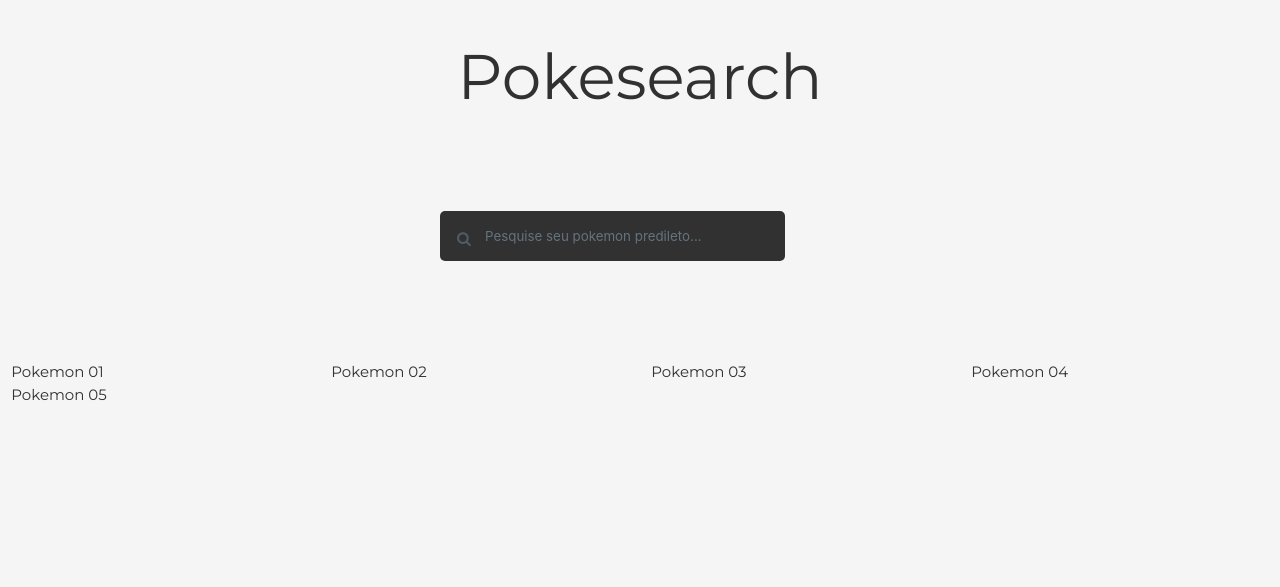
Repository: byjuliogomes/pokebyte
Page: index.html
The author's editor kept a copy of each file at every save. The page is drawn from the files as they stood at one save, then again after the next save.
The browser window is 1280 px wide. The pictures show the whole page.
Some web libraries are served in a nearby version.

Above is the page before, as saved 2020-06-04 11:08:42.

### index.html
<!DOCTYPE html>
<html lang="pt-br">
<head>
    <meta charset="UTF-8">
    <meta name="viewport" content="width=device-width, initial-scale=1.0">
    <title>Pokesearch</title>
    <link rel="stylesheet" href="app.css">
    <link href="https://fonts.googleapis.com/css2?family=Montserrat:wght@400;600;800;900&display=swap" rel="stylesheet">
    <link href="//maxcdn.bootstrapcdn.com/font-awesome/4.1.0/css/font-awesome.min.css" rel="stylesheet">
    <!-- Compiled and minified CSS -->
    <link rel="stylesheet" href="https://cdnjs.cloudflare.com/ajax/libs/materialize/1.0.0/css/materialize.min.css">

    <!-- Compiled and minified JavaScript -->
    <script src="https://cdnjs.cloudflare.com/ajax/libs/materialize/1.0.0/js/materialize.min.js"></script>
</head>
<body>
    <h1>Pokesearch</h1>
    <div class="box">
        <div class="container-1">
            <span class="icon"><i class="fa fa-search"></i></span>
            <input type="search" id="search" placeholder="Pesquise seu pokemon predileto..." />
        </div>
      </div>
    <section class="row">
        <div class="col s3">
            Pokemon 01
        </div>
        <div class="col s3">
            Pokemon 02
        </div>
        <div class="col s3">
            Pokemon 03
        </div>
        <div class="col s3">
            Pokemon 04
        </div>
        <div class="col s3">
            Pokemon 05
        </div>

    </section>

    <footer>

    </footer>
    <script src="app.js"></script>
</body>
</html>

### app.css
* {
    font-family: 'Montserrat', sans-serif;
}

body {
    background-color: #F5F5F5;
    color: #313131;
}

h1 {
    text-align: center;
}

.container {
    height: 200px;
    display: flex;
    flex-wrap: wrap;
    flex-flow: row wrap;
    justify-content: flex-start;
    align-content: stretch;
}

.item{
    background-color: #313131;
    color: #ffff;
    padding: 20px;
    margin: 5px;
    width: 250px;
    height: 280px;
    border-radius: 5px;
}

.box{
    margin: 100px auto;
    width: 400px;
    height: 50px;
  }

.container-1{
    width: 300px;
    vertical-align: middle;
    white-space: nowrap;
    position: relative;
}

.container-1 input#search{
    width: 300px;
    height: 50px;
    background: #313131;
    border: none;
    font-size: 10pt;
    float: left;
    color: #63717f;
    padding-left: 45px;
    -webkit-border-radius: 5px;
    -moz-border-radius: 5px;
    border-radius: 5px;
  }

  .container-1 input#search::-webkit-input-placeholder {
    color: #65737e;
 }

 .container-1 input#search:-moz-placeholder { /* Firefox 18- */
    color: #65737e;
 }

 .container-1 input#search::-moz-placeholder {  /* Firefox 19+ */
    color: #65737e;
 }

 .container-1 input#search:-ms-input-placeholder {
    color: #65737e;
 }

 .container-1 .icon{
    position: absolute;
    top: 50%;
    margin-left: 17px;
    margin-top: 17px;
    z-index: 1;
    color: #4f5b66;
  }

  .container-1 input#search:hover, .container-1 input#search:focus, .container-1 input#search:active{
    outline:none;
    background: #ffffff;
    border: 2px dotted #0054a6;
  }

### app.js
const fetchPokemon = () => {

};

After the next save:
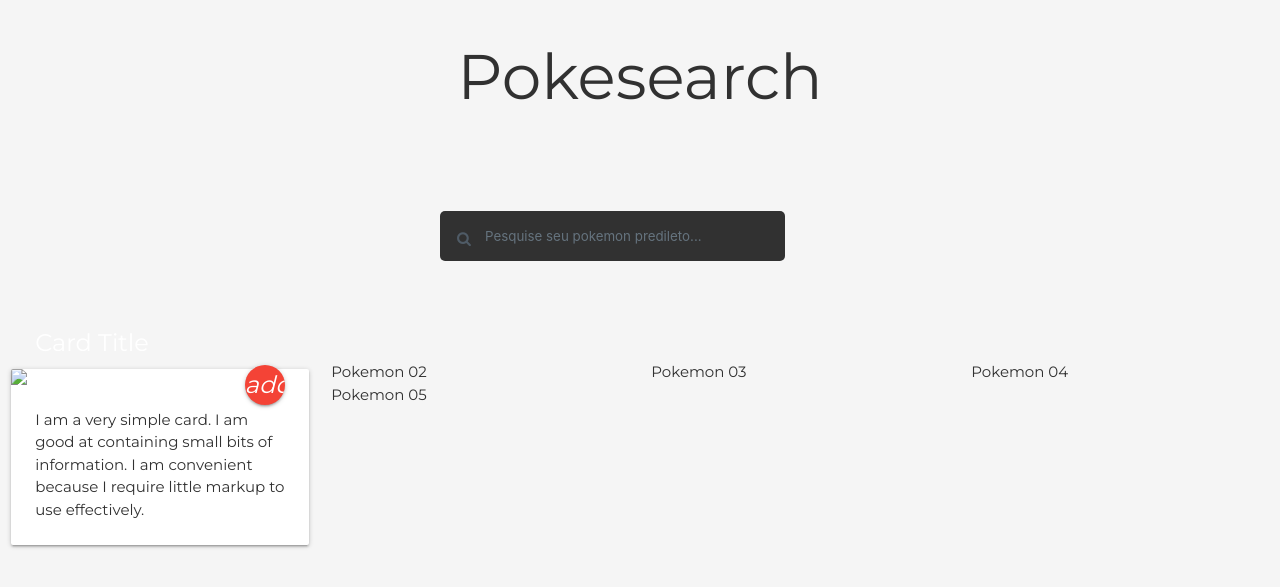
Not found: images/sample-1.jpg
Saved 37 s later.
--- a/index.html
+++ b/index.html
@@ -23,7 +23,16 @@
       </div>
     <section class="row">
         <div class="col s3">
-            Pokemon 01
+            <div class="card">
+                <div class="card-image">
+                  <img src="images/sample-1.jpg">
+                  <span class="card-title">Card Title</span>
+                  <a class="btn-floating halfway-fab waves-effect waves-light red"><i class="material-icons">add</i></a>
+                </div>
+                <div class="card-content">
+                  <p>I am a very simple card. I am good at containing small bits of information. I am convenient because I require little markup to use effectively.</p>
+                </div>
+              </div>
         </div>
         <div class="col s3">
             Pokemon 02

After the save that followed:
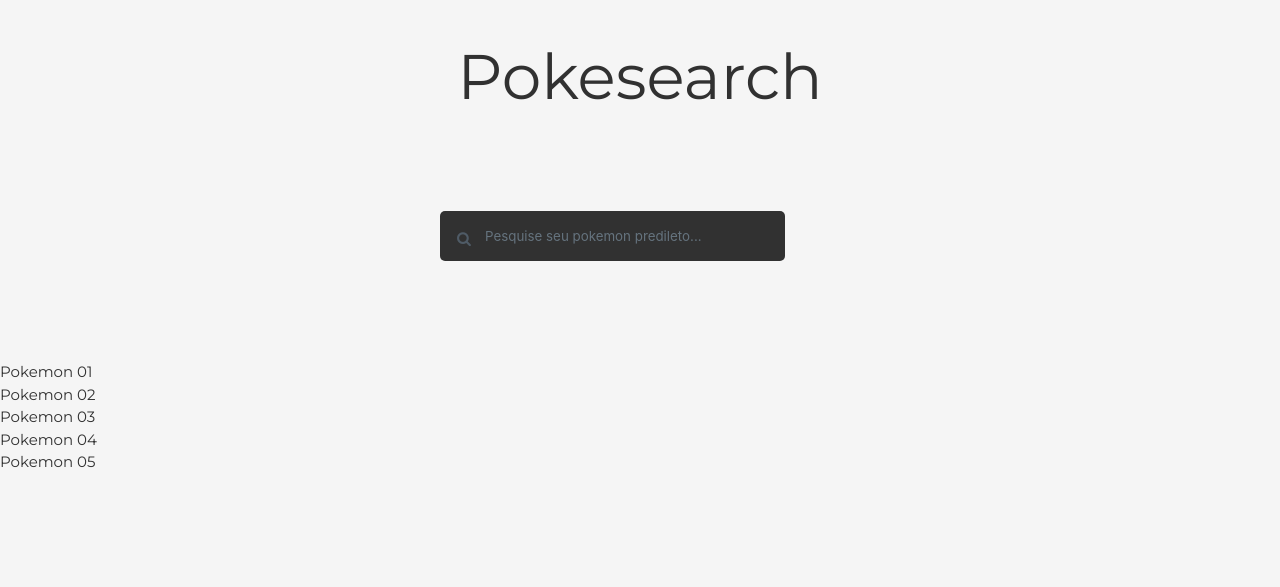
Saved 31 s later.
--- a/index.html
+++ b/index.html
@@ -21,18 +21,9 @@
             <input type="search" id="search" placeholder="Pesquise seu pokemon predileto..." />
         </div>
       </div>
-    <section class="row">
+    <section class="r">
         <div class="col s3">
-            <div class="card">
-                <div class="card-image">
-                  <img src="images/sample-1.jpg">
-                  <span class="card-title">Card Title</span>
-                  <a class="btn-floating halfway-fab waves-effect waves-light red"><i class="material-icons">add</i></a>
-                </div>
-                <div class="card-content">
-                  <p>I am a very simple card. I am good at containing small bits of information. I am convenient because I require little markup to use effectively.</p>
-                </div>
-              </div>
+            Pokemon 01
         </div>
         <div class="col s3">
             Pokemon 02
